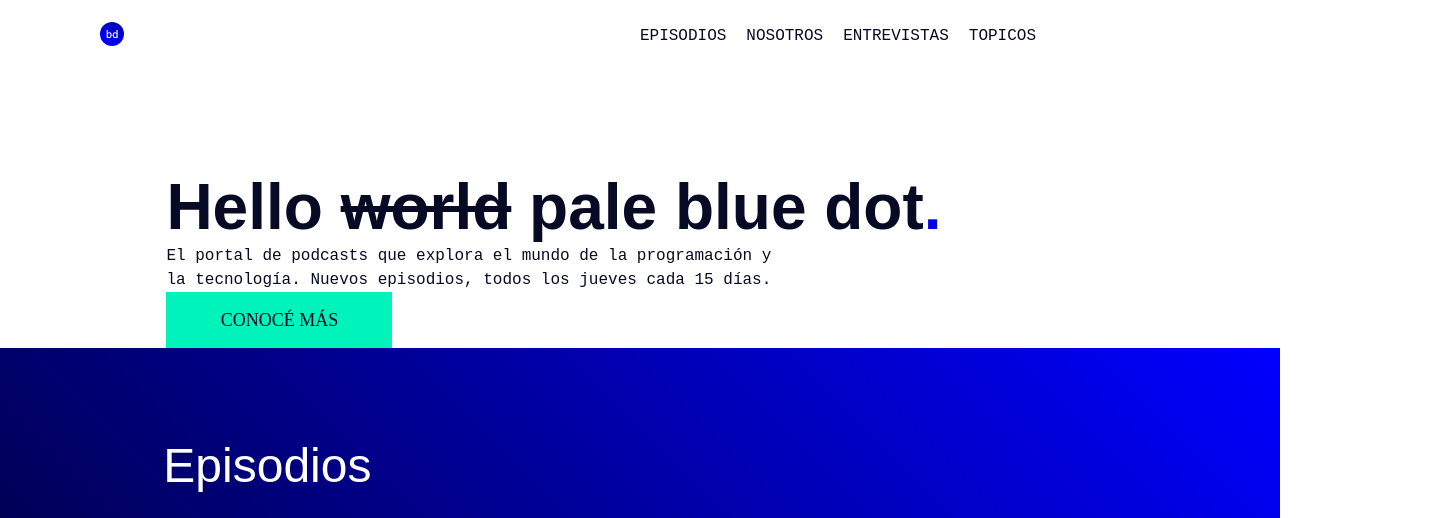
Repository: FedeGA93/podcast
Page: index.html
The author's editor kept a copy of each file at every save. The page is drawn from the files as they stood at one save, then again after the next save.
The browser window is 1280 px wide. The page is 1440 px wide, so the pictures cover 1440 px, including what lies to the right of the window. The pictures show the part of the page from y = 0 to 518 px (the page is 3205 px tall).
Pictures or frames that could not be fetched are drawn as grey boxes. Some web fonts or font styles are not loaded; a fallback is used. Some web libraries are served in a nearby version.

Above is the page before, as saved 2019-11-26 19:14:28.

### index.html
<!DOCTYPE html>
<html lang="es">

<head>
    <meta charset="UTF-8">
    <meta name="viewport" content="width=device-width, initial-scale=1.0">
    <meta http-equiv="X-UA-Compatible" content="ie=edge">
    <title>BlueDot</title>
    <link rel="stylesheet" href="styles/styles.css">
    <link href="https://fonts.googleapis.com/css?family=IBM+Plex+Mono/IBM+Plex+Sans:400,400i,500,600&display=swap"
        rel="stylesheet">
    <link rel="stylesheet" href="https://cdnjs.cloudflare.com/ajax/libs/font-awesome/5.11.2/css/all.css">
    <link rel="shortcut icon" href="images/logo.ico" type="image/x-icon">
    <link rel="icon" href="images/logo.ico" type="image/x-icon">
</head>

<body>
    <header class="estilo-header">
        <nav>
            <div class="menu">
                <div>
                    <img src="images/logo.svg" alt="Logo del podcast" class="responsive-logo">
                </div>
                <div>

                    <!-- DEsde acá-->
                    <input type="checkbox" id="transformacion" />
                    <label for="transformacion" class="fija-menu">
                        <span class="barras-negras-hamburger bar1"></span>
                        <span class="barras-negras-hamburger bar2"></span>
                        <span class="barras-negras-hamburger bar3"></span>
                    </label>
                    <!--Hasta acá es lo que tengo que copiar-->
                    <ul class="menu-hijo">
                        <li><a class="color-letras" href="#epi">EPISODIOS</a></li>
                        <li><a class="color-letras" href="#nos">NOSOTROS</a></li>
                        <li><a class="color-letras" href="#ent">ENTREVISTAS</a></li>
                        <li><a class="color-letras" href="#topi">TOPICOS</a></li>
                    </ul>

                </div>
            </div>
        </nav>
    </header>
    <main class="primera-caja">
        <div class="centrado">
            <h1>Hello <s>world</s> pale blue dot<strong class="color-punto">.</strong></h1>
        </div>
        <div class="centrado">
            <p class="parrafos-general">El portal de podcasts que explora el mundo de la programación y <br> la
                tecnología.
                Nuevos episodios, todos los jueves cada 15 días.</p>
        </div>
        <div class="main-child">
            <div>
                <p><a class="btn cnmas" href="#nos">CONOCÉ MÁS</a></p>
            </div>
        </div>
    </main>
    <section>
        <div class="fondo-azul-gradiente sec">
            <!-- <svg xmlns="http://www.w3.org/2000/svg" viewBox="0 0 100 100" preserveAspectRatio="none">
                <polygon fill="white" points="0,0 ,0 0,45" />
            </svg> -->
            <div class="corteuno"></div>
            <div class="cortedos"></div>
            <div>
                <p class="color-blanco pad" id="epi">Episodios</p>
            </div>
            <div class="flex-spotify">
                <iframe src="https://open.spotify.com/embed-podcast/show/2ySVrxGkN6n6frMTo9Nsrt"
                    ></iframe>
                <iframe src="https://open.spotify.com/embed-podcast/show/4kYCRYJ3yK5DQbP5tbfZby"
                    ></iframe>
                <iframe src="https://open.spotify.com/embed-podcast/episode/2VHYWRX1mHcZQS89y3z2Xv" ></iframe>
                <iframe src="https://open.spotify.com/embed-podcast/show/2Iibd5A6R7mxkCm4NwNmUn"
                    ></iframe>
            </div>
        </div>
    </section>
    <section>

        <div class="informacion">
            <div>
                <img src="images/phone.png" alt="El podcast en un telefono" class="telefono">
            </div>
            <div>
                <h2 class="color-negro" id="nos">De dónde venimos</h2>

                <p class="parrafos-general limit-text">Our posturings, our imagined self-importance, the delusion that
                    we
                    have some
                    privileged position in the Universe, are challenged by this point of pale light. </p> <br>

                <p class="parrafos-general limit-text">
                    Our planet is a lonely speck in the great enveloping cosmic dark. In our obscurity, in all this
                    vastness, there is no hint that help will come from elsewhere to save us from ourselves.</p>

            </div>
        </div>

    </section>
    <section>
        <h2 class="color-negro paddie" id="ent">
            Invitadas/os Estelares
        </h2>

        <div class="photo-box">
            <img src="images/grace-hopper.png" alt="Foto de Grace Hopper" class="photos">
            <img src="images/Katie-Bouman.png" alt="Foto de Katie Bouman" class="photos">
            <img src="images/Margaret_Hamilton.png" alt="Margaret Hamilton" class="photos">
            <img src="images/computadora1950.png" alt="Una computadora del año 1950" class="photos">
            <img src="images/computadoraprogramable.png" alt="La primera computadora programable del mundo"
                class="photos">
            <img src="images/susan-kare.png" alt="Foto de Susan Kare" class="photos">

        </div>
    </section>
    <section class="top">
        <h2 class="color-negro center-text" id="topi">Algunos de nuestros temas</h2>
        <div>
            <section class="alineado">
                <div>
                    <img src="images/icon1.svg" alt="Una computadora que demuestra el trabajo remoto"
                        class="theme-size">
                    <p class="temas">Trabajo remoto</p>
                </div>
                <div>
                    <img src="images/icon2.svg" alt="Una cabeza pensando" class="theme-size">
                    <p class="temas">Repensando la programación</p>
                </div>

                <div>
                    <img src="images/icon3.svg" alt=" Un libro de código" class="theme-size">
                    <p class="temas">Bases de código</p>
                </div>

                <div>
                    <img src="images/icon4.svg" alt="Logo de seguridad" class="theme-size">
                    <p class="temas">Seguridad informática</p>
                </div>
            </section>
        </div>
    </section>
    <section>
        <div class="fondo-azul-gradiente secfoot">
            <div class="corteuno"></div>
            <div>
                <h2 class="color-blanco center-text">
                    ¿Querés las últimas novedades?
                </h2>
            </div>

            <div>
                <p> <a class="btn ele" href="#epi">ESCUCHÁ LOS EPISODIOS</a> </p>
            </div>

        </div>
    </section>

    <footer>
        <div class="flex-end">
            <h3 class="informacion">© 2019— Hello blue pale dot </h3>
            <div class="sin-deco">
                <a href="https://open.spotify.com/show/6xpiit8aJmwDHk1rKdxmri"><i class="fab fa-spotify"></i></a>
                <a href="https://twitter.com/w3c"> <i class="fab fa-twitter"></i></a>
                <a href="https://www.instagram.com/coding/"><i class="fab fa-instagram"></i></a>
                <a href="https://www.facebook.com/programminggeeks.in/"><i class="fab fa-facebook"></i></a>
            </div>
        </div>
    </footer>
</body>

</html>

### styles/styles.css
* {
  margin: 0;
  padding: 0;
  border: 0;
  box-sizing: content-box;
}

.menu {
  display: flex;
  flex-flow: row;
  justify-content: space-between;
  padding: 22px 244px 120px 100px;
  position: static;
  top: 0;
  overflow: hidden;
}
.menu-hijo {
  display: flex;
  flex-flow: row wrap;
  text-decoration: none;
  list-style-type: none;
  justify-content: flex-end;
  text-indent: 20px;
}

.primera-caja {
  display: flex;
  flex-flow: column;
  padding: 0 13%;
}
.centrado {
  justify-content: center;
}
.color-letras:active {
  color: RGBA(6, 10, 36, 0.53);
}
.color-letras:hover {
  color: #00f3bb;
  text-decoration: line-through;
}
.color-letras {
  font-family: "IBM Plex Mono", monospace;
  font-size: 16px;
  color: #060a24;
  letter-spacing: 0;
  line-height: 28px;
  text-decoration: none;
}

h1 {
  font-family: "IBM Plex Sans", sans-serif;
  font-size: 64px;
  color: #060a24;
  letter-spacing: 0;
}
.color-punto {
  font-family: "IBM Plex Sans", sans-serif;
  font-size: 64px;
  color: #0000ec;
  letter-spacing: 0;
}
.parrafos-general {
  font-family: "IBM Plex Mono", monospace;
  font-size: 16px;
  color: #060a24;
  letter-spacing: 0;
  line-height: 24px;
}

input {
  display: none;
}

.sec {
  position: relative;
  width: 100%;
  height: 124vh;
  overflow: hidden;
}
.secfoot {
  display: flex;
  justify-content: center;
  align-items: center;
  flex-direction: column;
  position: relative;
  width: 100%;
  height: 50vh;
  overflow: hidden;
}
.fondo-azul-gradiente {
  background-image: linear-gradient(225deg, #0000ff 0%, #000003 100%);
}

/* Cortes del fondo */
svg {
  position: absolute;
  bottom: 0;
  width: 100vw;

}

/* .corteuno {
  position: absolute;
  top: 0;
  left: 0;
  border-width: 0 0 8vw 100vw;
  border-style: solid;
  border-color: transparent #fff transparent;
} */
.cortedos {
  position: absolute;
  bottom: 0;
  left: 0;
  border-width: 0 0 10vw 100vw;
  border-style: solid;
  border-color: transparent transparent #fff;
}
/* terminan los cortes */
.color-blanco {
  font-family: "IBM Plex Sans", sans-serif;
  font-size: 48px;
  color: #ffffff;
  letter-spacing: 0;
}
.color-negro {
  font-family: "IBM Plex Sans", sans-serif;
  font-size: 48px;
  color: #060a24;
  letter-spacing: 0;
}
.informacion {
  display: flex;
  justify-content: flex-start;
  flex-direction: row;
}

.btn {
  display: flex;
  align-items: center;
  justify-content: center;
  background-color: #00f3bb;
  font-family: "IBMPlexMono", Medium;
  font-size: 18px;
  color: #060a24;
  letter-spacing: 0;
  text-align: center;
  line-height: 24px;
  text-decoration: none;
}
.btn:hover,
.btn:focus {
  background-image: linear-gradient(225deg, #0000fe 0%, #00f0b8 100%);
  color: #ffffff;
}
.cnmas {
  height: 56px;
  width: 226px;
}
.ele {
  width: 345px;
  height: 56px;
}

.flex {
  display: flex;
  flex-direction: row;
  flex-wrap: nowrap;
  justify-content: space-between;
}
.pad {
  padding: 7% 12.76% 0;
}
.flex-spotify {
  display: flex;
  flex-flow: row wrap;
  padding: 2% 8%;
}
.temas {
  font-family: "IBMPlexSans";
  font-weight: 600;
  font-size: 24px;
  color: #060a24;
  letter-spacing: 0;
  text-align: center;
}

.alineado {
  display: flex;
  flex-flow: row;
  justify-content: space-evenly;
  text-align: center;
}
.telefono {
  position: relative;
  top: -311px;
  height: 660px;
  width: 457.6px;
  padding: 200px 64px 0 200px;
}
iframe {
  padding: 0 72px 72px 0;
  position: relative;
  z-index: 1;
  width: 44%;
  height: 232px;
}

.paddie {
  margin: -267px 0 36px 200px;
  z-index: 1;
}
.photos {
  width: 480px;
  height: 364px;
}
.photo-box {
  width: fit-content;
  display: grid;
  grid-template-columns: repeat(3, 0fr);
  grid-template-rows: repeat(2, min(25vw));
}
.limit-text {
  width: 54%;
}
.theme-size {
  width: 104px;
  height: 104px;
}
.top {
  margin-top: 5%;
}
.flex-end {
  display: flex;
  flex-direction: row;
  justify-content: space-between;
}
.sin-deco a {
  text-decoration: none;
  color: black;
}
/*
  ***************************************************
    ***********************************************
      ********************************************
        ****************************************
        *****************MOBILE*****************
        ****************************************
      ********************************************
     **********************************************
   **************************************************
 */

@media screen and (max-width: 600px) {
  * {
    margin: 0px;
    padding: 0;
    border: 0;
  }
  .estilo-header {
    padding: 3%;
  }
  .barra-navegadora {
    display: none;
  }
  .menu {
    padding: 0px;
    position: sticky;
  }
  .seccion {
    width: 100%;
  }

  .responsive-logo {
    margin: 2.2% 87.5% 1.2% 2%;
  }
  .menu-hijo {
    display: none;
  }
  .menu-hijo:hover {
    display: block;
  }
  h1 {
    font-family: "IBM Plex Sans", sans-serif;
    font-size: 36px;
    color: #060a24;
    letter-spacing: 0;
    line-height: 42px;
  }

  .parrafos-general {
    font-family: "IBM Plex Mono", monospace;
    font-size: 14px;
    color: #060a24;
    letter-spacing: 0;
    line-height: 22px;
  }
  .color-blanco {
    font-family: "IBM Plex Sans", sans-serif;
    font-size: 36px;
    color: #ffffff;
    letter-spacing: 0;
    line-height: 42px;
  }
  .color-negro {
    font-family: "IBM Plex Sans", sans-serif;
    font-size: 36px;
    color: #060a24;
    letter-spacing: 0;
    line-height: 42px;
  }
  .cnmas {
    height: 48px;
    width: 100%;
  }
  .barras-negras-hamburger {
    display: block;
    width: 33px;
    height: 4px;
    margin-bottom: 5px;
    position: relative;
    background: black;
    border-radius: 3px;
  }
  .sec {
    height: 165vh;
  }
  .secfoot {
    height: 40vh;
  }
  .center-text {
    text-align: center;
  }
  .telefono {
    top: -60px;
    padding: 0 0 0 9%;
    width: 360px;
    height: 519px;
  }
  .photo-box {
    grid-template-columns: repeat(1, 0);
    grid-template-rows: repeat(1, 16.5%);
  }
  .paddie {
    margin: 0;
  }
  .photos {
    height: auto;
    width: 100vw;
  }
  iframe {
    padding: 1%;
    width: auto;
  }
  .informacion {
    flex-direction: column;
  }
  .alineado {
    flex-direction: column;
  }
  .flex-spotify {
    padding: 2% 15%;
  }
  /* A partir de acá es el menu*/

  input[type="checkbox"]:checked ~ label > span.bar1 {
    -webkit-transform: rotate(-45deg) translate(-8px, 6px);
    transform: rotate(-45deg) translate(-8px, 6px);
    transition-delay: 0.1s;
  }
  input[type="checkbox"]:checked ~ label > span.bar2 {
    opacity: 0;
  }
  input[type="checkbox"]:checked ~ label > span.bar3 {
    -webkit-transform: rotate(45deg) translate(-8px, -6px);
    transform: rotate(45deg) translate(-8px, -6px);
    transition-delay: 0.1s;
  }
  input[type="checkbox"]:checked ~ .menu-hijo {
    background-color: blue;
    display: block;
    margin: auto;
    padding: initial;
    z-index: 1000;
    color: #fff;
  }

  input {
    display: none;
  }
  .fija-menu {
    display: block;
    direction: rtl;
  }
  /* hasta acá*/
}

@media screen and (max-width: 349px) {
  .sec {
    width: 129%;
  }
  .photos {
    width: 411px;
  }
  .cnmas {
    width: 100vw;
  }
  .corteuno {
    border-width: 0 0 12vw 158vw;
  }
  .cortedos {
    border-width: 0 0 19vw 129vw;
  }
  .secfoot{
    width: 129vw;
  }
  .top{
    margin-left: 27%;
  }
}
/*
  ***************************************************
    ***********************************************
      ********************************************
        ****************************************
         ***************TABLET*****************
        ****************************************
      ********************************************
     **********************************************
   **************************************************
 */
/*  @media screen and (max-width:601px) {


  } */

After the next save:
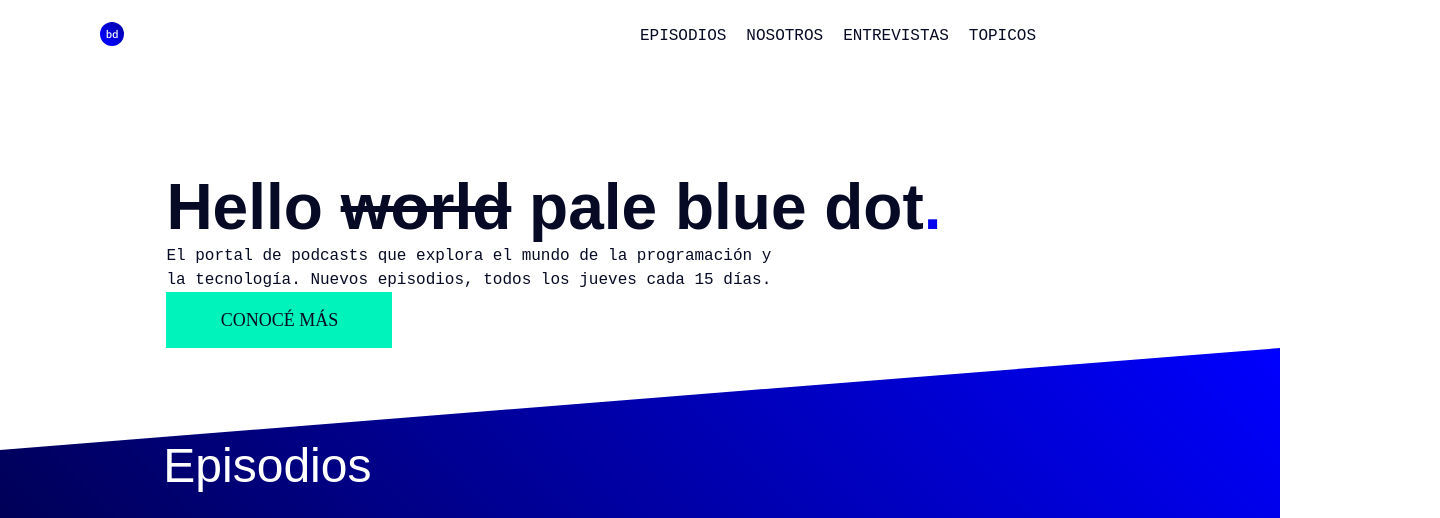
Saved 5 s later.
--- a/styles/styles.css
+++ b/styles/styles.css
@@ -99,14 +99,14 @@ svg {
 
 }
 
-/* .corteuno {
+.corteuno {
   position: absolute;
   top: 0;
   left: 0;
   border-width: 0 0 8vw 100vw;
   border-style: solid;
   border-color: transparent #fff transparent;
-} */
+}
 .cortedos {
   position: absolute;
   bottom: 0;
